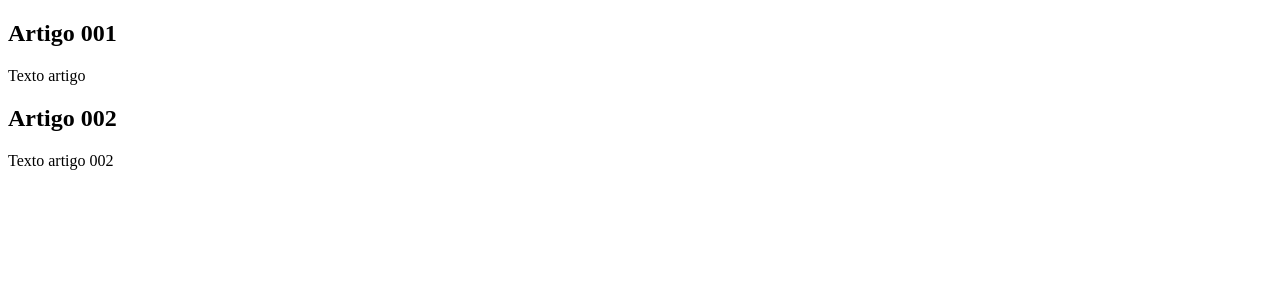
Repository: robertacristinaabreu01/projeto-siteGitHub
Page: index.html
An editor plug-in stored every save of this project. The page is shown before and after the next save, followed by the edit.
The browser window is 1280 px wide. The pictures show the whole page.

Above is the page before, as saved 2021-01-23 21:38:39.

### index.html
<!DOCTYPE html>
<html lang="pt-br">

<head>
    <meta charset="UTF-8">
    <meta name="viewport" content="width=device-width, initial-scale=1.0">
    <title>Curso Gratis</title>
</head>

<body>
    <main>
        <header>
            <h1</h1>
        </header>
        <article>
            <h1>Artigo 001</h1>
            <p>Texto artigo</p>
        </article>
        <article>
            <h1>Artigo 002</h1>
            <p>Texto artigo 002</p>
        </article>
    </main>
</body>

</html>

After the next save:
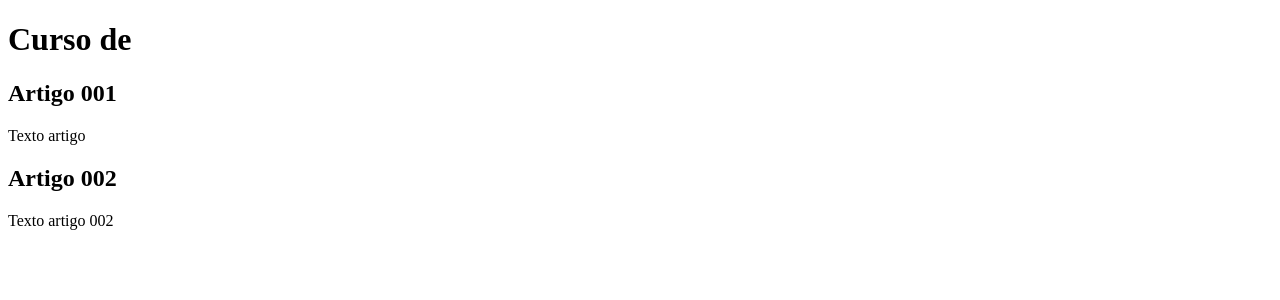
Saved 6 s later.
--- a/index.html
+++ b/index.html
@@ -10,7 +10,7 @@
 <body>
     <main>
         <header>
-            <h1</h1>
+            <h1>Curso de </h1>
         </header>
         <article>
             <h1>Artigo 001</h1>
